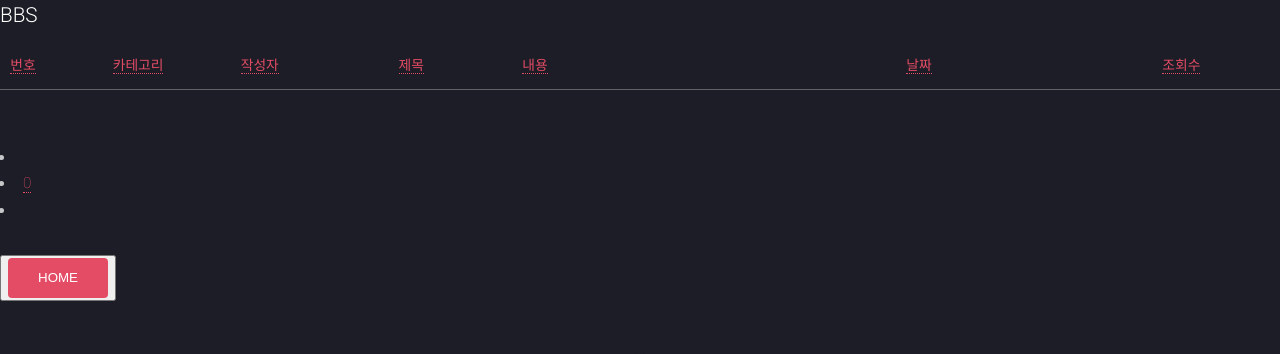
Repository: worMholEamkim/SpringEX
Page: http://localhost/bbs/bbs.do?page=0
The author's editor kept a copy of each file at every save. The page is drawn from the files as they stood at one save, then again after the next save.
The browser window is 1280 px wide. The pictures show the whole page.
The page is served by Tomcat 9. Queries for data that is not in the repository find no rows.

Above is the page before, as saved 2019-03-15 03:20:57.

After the next save:
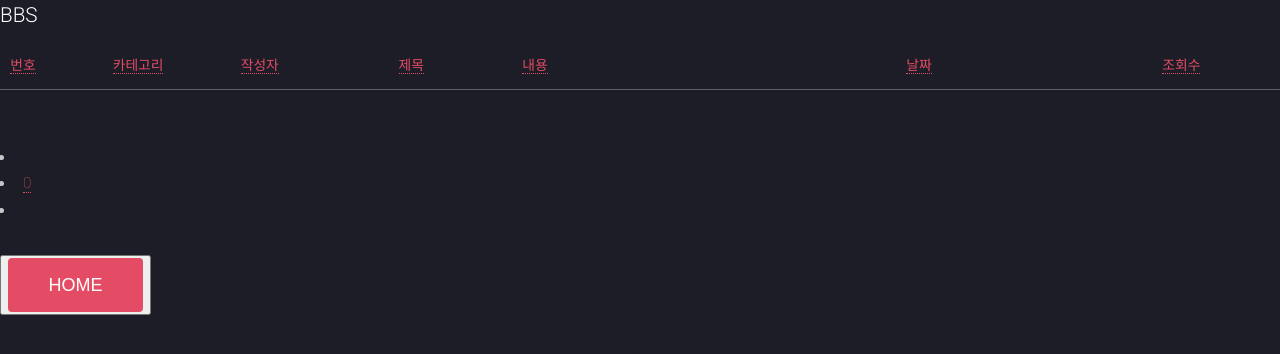
Saved 21 s later.
--- a/JSP_WepPage_Server-master.zip_expanded/JSP_WepPage_Server-master/bbs/WebContent/WEB-INF/bbs.jsp
+++ b/JSP_WepPage_Server-master.zip_expanded/JSP_WepPage_Server-master/bbs/WebContent/WEB-INF/bbs.jsp
@@ -87,13 +87,13 @@
 								<c:if test='${sessionID!=null}'>
 									<div>
 										<button>
-											<a href='bbsupload2.do' class="button primary">WRITE</a>
+											<a href='bbsupload2.do' class="button primary large">WRITE</a>
 										</button>
 									</div>
 								</c:if>
 								<div>
 									<button>
-										<a href='home.do' class="button primary">HOME</a>
+										<a href='home.do' class="button primary large">HOME</a>
 									</button>
 								</div>
 								<div align="center">
